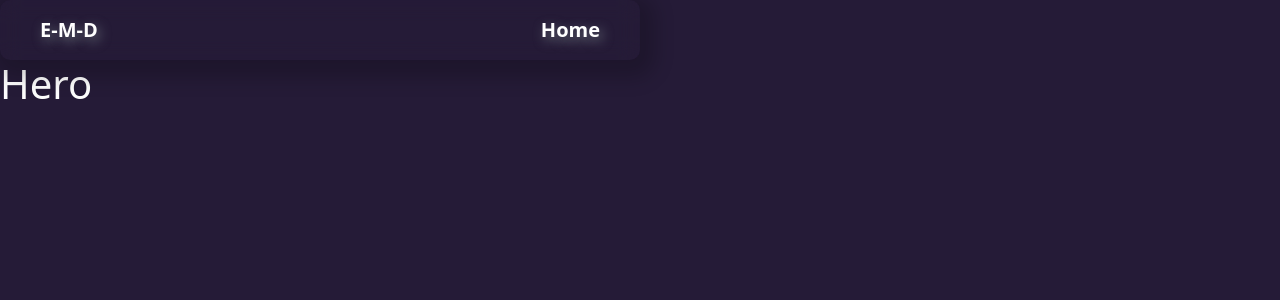
Repository: iamevs/Employee-Management-System
Page: / (app in client/)
These files come from the project's save history. The page is drawn as it stood at one moment and after the next save; the edit follows.
The browser window is 1280 px wide. The pictures show the whole page.
The project was rebuilt for these pictures with package versions that can differ from the ones it lists, and the page was loaded fresh each time. Also part of the build but not shown: client/vite.config.js, client/src/App.css, client/src/components/Home.jsx, client/src/components/Register.jsx, client/src/components/Edit.jsx. Imported but missing from the stored project, and not drawn on this page: client/src/components/Details.

Above is the page before, as saved 2022-11-28 23:31:39.

After the next save:
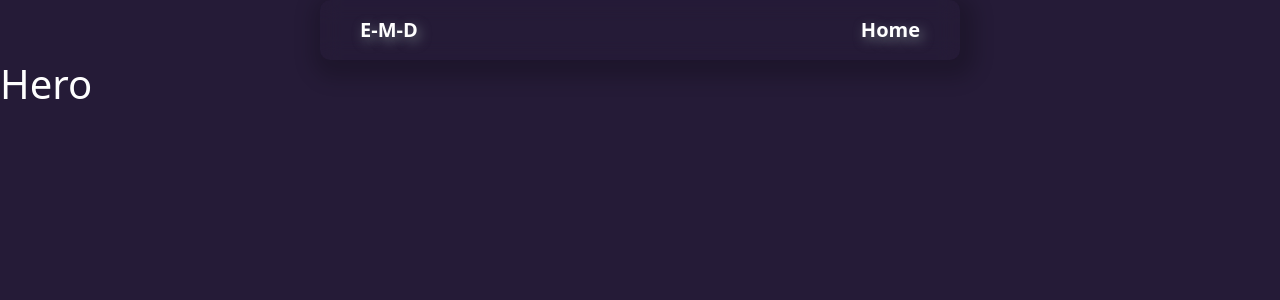
Saved 60 s later.
--- a/client/src/components/Navbar.jsx
+++ b/client/src/components/Navbar.jsx
@@ -5,7 +5,7 @@ import { Box, Stack } from "@mui/material";
 
 const Navbar = () => {
     return (
-        <Stack justifyContent={"center"}>
+        <Stack justifyContent={"center"} direction={"row"}>
             <Box justifyContent={"space-between"} className="navbar navbar-expand-lg text-white" sx={{
                 backgroundColor: "transparent",
                 backdropFilter: "blur(10px) !important",
